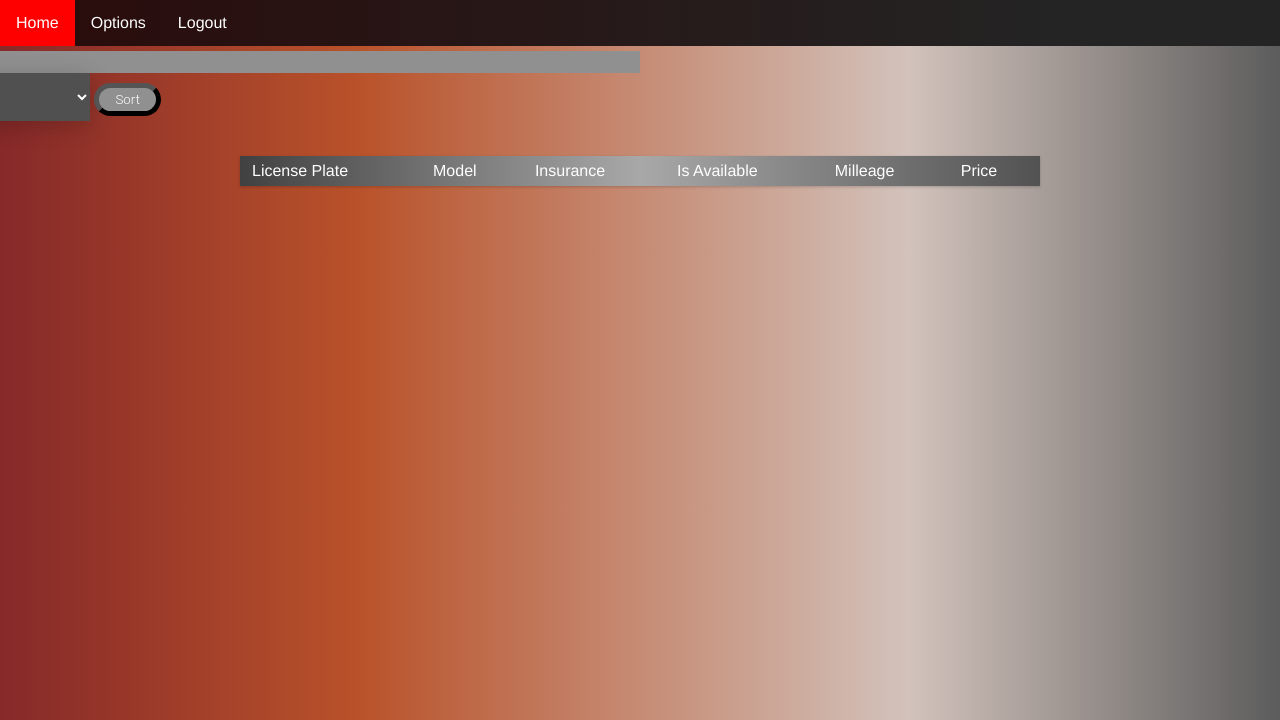
Repository: kensevv/nevexisDemos
Page: http://localhost/Car_Rental_Management_System/VehicleList.jsp
The author's editor kept a copy of each file at every save. The page is drawn from the files as they stood at one save, then again after the next save.
The browser window is 1280 px wide. The pictures show the whole page.
The page is served by Tomcat 9. Nobody is signed in. The application's start-up code is not run. Other server files are loaded and not shown. The template is opened directly, without the code that normally fills it, so the values that code supplies are empty.

Above is the page before, as saved 2021-03-25 23:10:37.

### Car_Rental_Management_System/src/main/webapp/VehicleList.jsp

<%@ page language="java" contentType="text/html; charset=UTF-8"
	pageEncoding="UTF-8"%>
<%@ taglib uri="http://java.sun.com/jsp/jstl/core" prefix="c"%>

<!DOCTYPE html>
<html>
<head>
<meta charset="ISO-8859-1">
<title>Vehicle List</title>
</head>
<body>
	<div class="navbar">
		<a href="home.jsp">Home</a>
		<div class="dropdown">
			<button class="dropbtn">
				Options <i class="fa fa-caret-down"></i>
			</button>
			<div class="dropdown-content">
				<a href="list">List All Vehicles</a> <a href="VehicleForm.jsp">Add
					new Vehicle</a> <a href="removeForm">Remove Vehicle</a> <a href="edit">Modify
					Vehicle</a>
			</div>
		</div>
		<a href="login.jsp">Logout</a>
	</div>
	<div class="wrapper">
		<div class="box" id="sortBox">
			<label for="orderBy" id="modifyTitle">Sort by:</label>
			<form method="get" action="list">
				<select name="orderBy" id="car">
					<option value="licPlate">License Plate</option>
					<option value="model">Model</option>
					<option value="insurance">Insurance</option>
					<option value="isAvailable">Is available</option>
					<option value="milleage">Milleage</option>
					<option value="price">Price</option>
				</select>
				<button type="submit" class="button">Sort</button>
			</form>
		</div>
		<div class="table">

			<div class="row header">
				<div class="cell">License Plate</div>
				<div class="cell">Model</div>
				<div class="cell">Insurance</div>
				<div class="cell">Is Available</div>
				<div class="cell">Milleage</div>
				<div class="cell">Price</div>
			</div>
			<c:forEach var="vehicle" items="${listVehicle}">
				<div class="row">
					<div class="cell" data-title="licPlate">
						<c:out value="${vehicle.licPlate}" />
					</div>
					<div class="cell" data-title="Model">
						<c:out value="${vehicle.model}" />
					</div>
					<div class="cell" data-title="Insurance">
						<c:out value="${vehicle.insurance}" />
					</div>
					<div class="cell" data-title="Is Available">
						<c:out value="${vehicle.isAvailable}" />
					</div>
					<div class="cell" data-title="Milleage">
						<c:out value="${vehicle.milleage}" />
					</div>
					<div class="cell" data-title="Price">
						<c:out value="${vehicle.price}" />
					</div>
				</div>
			</c:forEach>
		</div>
	</div>
</body>
<style><%@include file="css/style.css"%></style>
</html>

### Car_Rental_Management_System/src/main/webapp/css/style.css
@charset "UTF-8";

body, html, div#root {height: 100%; }

body {
    font-size: 16px;
    margin: 0;
    background: rgb(134,41,41);
background: linear-gradient(90deg, rgba(134,41,41,1) 0%, rgba(185,82,42,1) 28%, rgba(210,194,187,1) 71%, rgba(92,92,92,1) 100%);
}

* {
    font-family: Helvetica, sans-serif;
}

div#root {
    display: flex;
    flex-direction: column;
}

main {
    height: 100%;
   background: rgb(134,41,41);
background: linear-gradient(90deg, rgba(134,41,41,1) 0%, rgba(185,82,42,1) 28%, rgba(210,194,187,1) 71%, rgba(92,92,92,1) 100%);
}

header {
    display: flex;
    justify-content: space-between;
    align-items: center;

    padding-left: 5%;
    padding-right: 5%;

    height: 9%;
  }

main {
    display: flex;
    justify-content: center;
    align-content: flex-start;
    flex-wrap: wrap;
}

main{
    padding: 7px;
}

.button {
	display: inline-block;
	padding: 0.3em 1.2em;
	margin: 0 0.3em 0.3em 0;
	border-radius: 2em;
	box-sizing: border-box;
	text-decoration: none;
	font-family: 'Roboto', sans-serif;
	font-weight: 300;
	color: 	white;
	background-color: 	rgb(144,144,144);
	text-align: center;
	transition: all 0.2s;
	border-width: thick;
}

.header {
	color: white;
}

.navbar {
	overflow: hidden;
	background: rgb(42,11,11);
background: linear-gradient(90deg, rgba(42,11,11,1) 0%, rgba(36,36,36,1) 83%);
}

.navbar a {
	float: left;
	font-size: 16px;
	color: white;
	text-align: center;
	padding: 14px 16px;
	text-decoration: none;
}

.dropdown {
	float: left;
	overflow: hidden;
}

.dropdown .dropbtn {
	font-size: 16px;
	border: none;
	outline: none;
	color: white;
	padding: 14px 16px;
	background-color: inherit;
	font-family: inherit;
	margin: 0;
}

.navbar a:hover, .dropdown:hover .dropbtn {
	background-color: red;
}

.dropdown-content {
	display: none;
	position: absolute;
	background-color: #f9f9f9;
	min-width: 160px;
	box-shadow: 0px 8px 16px 0px rgba(0, 0, 0, 0.2);
	z-index: 1;
}

.dropdown-content a {
	float: none;
	color: black;
	padding: 12px 16px;
	text-decoration: none;
	display: block;
	text-align: left;
}

.dropdown-content a:hover {
	background-color: #ddd;
}

.dropdown:hover .dropdown-content {
	display: block;
}

.box {
	transform: translate(-50%, -50%);
}

.box select {
	background-color: rgb(80,80,80);
	color: white;
	padding: 12px;
	width: 250px;
	border: none;
	font-size: 20px;
	box-shadow: 0 5px 25px rgba(0, 0, 0, 0.2);
	-webkit-appearance: button;
	appearance: button;
	outline: none;
}

.box select option {
	padding: 30px;
	background-color: rgb(190,190,190);
}

.wrapper {
	margin: 0 auto;
	padding: 40px;
	max-width: 800px;
}
#sortBox {
	display: flex;
	flex-direction: column;
}
.table {
	margin: 0 0 40px 0;
	width: 100%;
	box-shadow: 0 1px 3px rgba(0, 0, 0, 0.2);
	display: table;
}

.row {
	display: table-row;
	background: rgb(65,65,65);
background: linear-gradient(90deg, rgba(65,65,65,1) 0%, rgba(168,168,168,1) 50%, rgba(82,82,82,1) 100%);
}

.cell {
	display: none;
	margin-bottom: 10px;
	padding: 6px 12px;
	display: table-cell;
}

.modify {
	display: flex;
    flex-direction: column;
}

#modifyTitle {
	color: white;
    font-size: larger;
    font-weight: bold;
    font-style: italic;
    background-color: 	rgb(144,144,144);
}

After the next save:
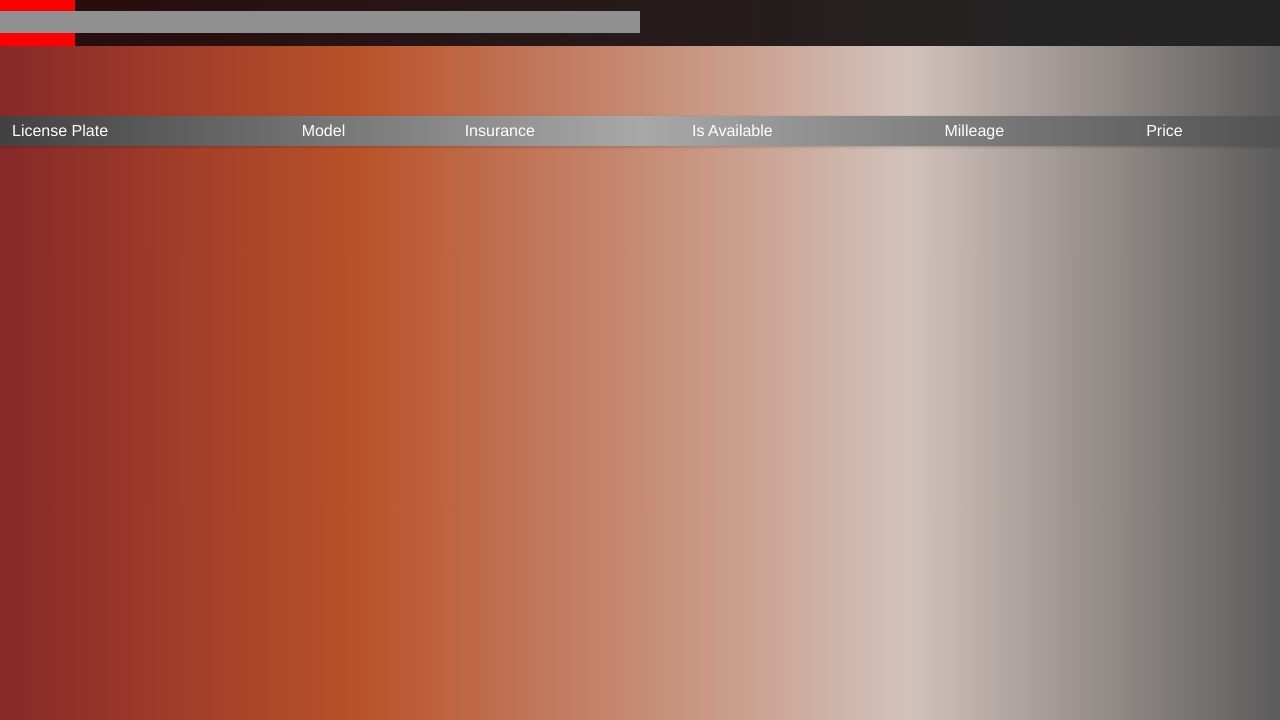
Saved 34 s later.
--- a/Car_Rental_Management_System/src/main/webapp/VehicleList.jsp
+++ b/Car_Rental_Management_System/src/main/webapp/VehicleList.jsp
@@ -24,7 +24,6 @@
 		</div>
 		<a href="login.jsp">Logout</a>
 	</div>
-	<div class="wrapper">
 		<div class="box" id="sortBox">
 			<label for="orderBy" id="modifyTitle">Sort by:</label>
 			<form method="get" action="list">
@@ -72,7 +71,6 @@
 				</div>
 			</c:forEach>
 		</div>
-	</div>
 </body>
 <style><%@include file="css/style.css"%></style>
 </html>
